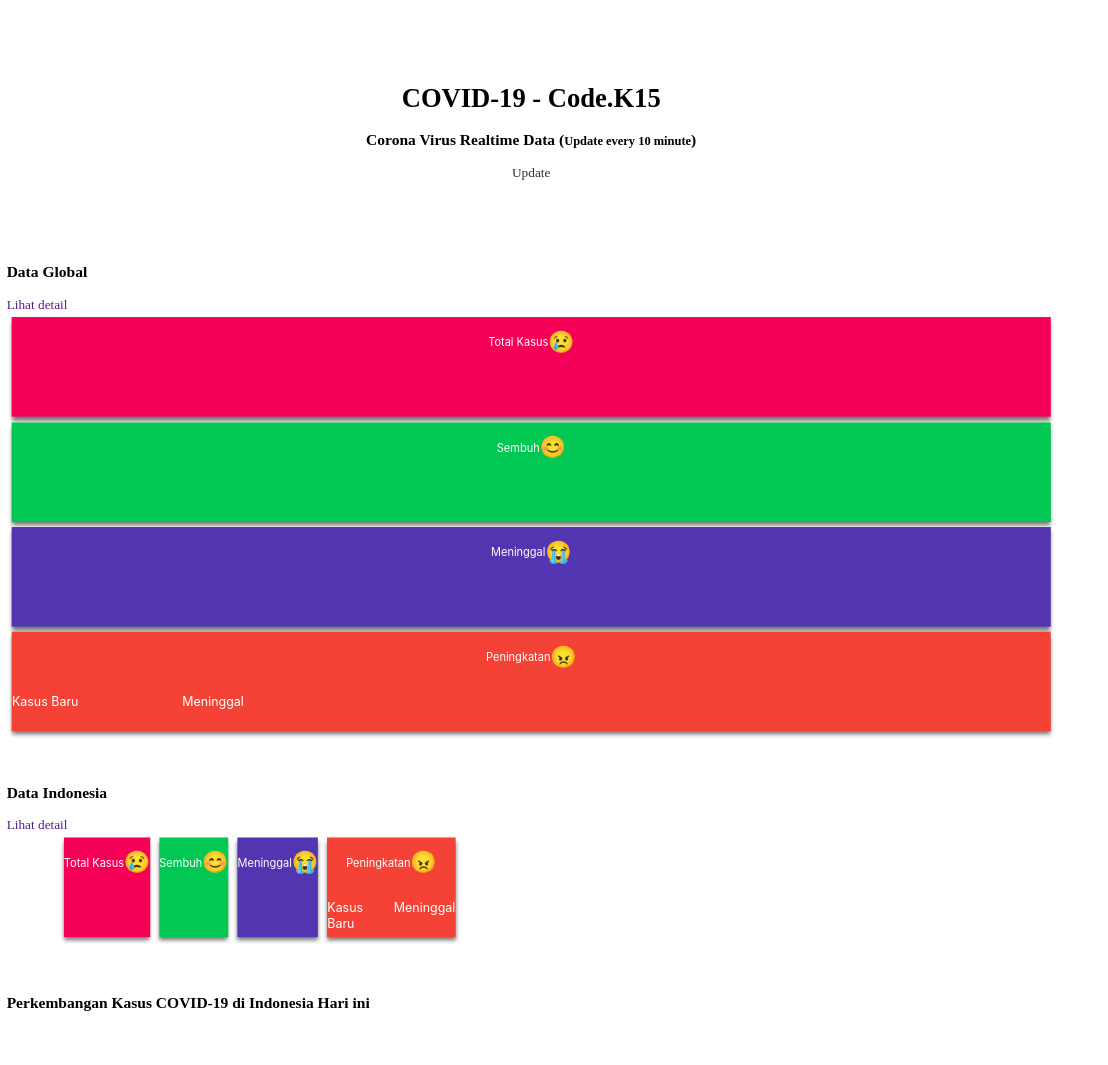
Repository: fathur15/covid19-monitoring
Page: http://localhost/covid19/apps/views/data/main/dashboard.php
An editor plug-in stored every save of this project. The page is shown before and after a run of saves, followed by the edit.
The browser window is 1280 px wide. The page is 1280 px wide, then 1335 px, then 1280 px, so the pictures cover 1335 px, including what lies to the right of the window. The pictures show the whole page, at 83% of full size.
The page is run by PHP 8.4 with error messages shown; the project is at /var/www/html/.

Above is the page before, as saved 2020-04-14 13:50:19.

After the next 2 saves:
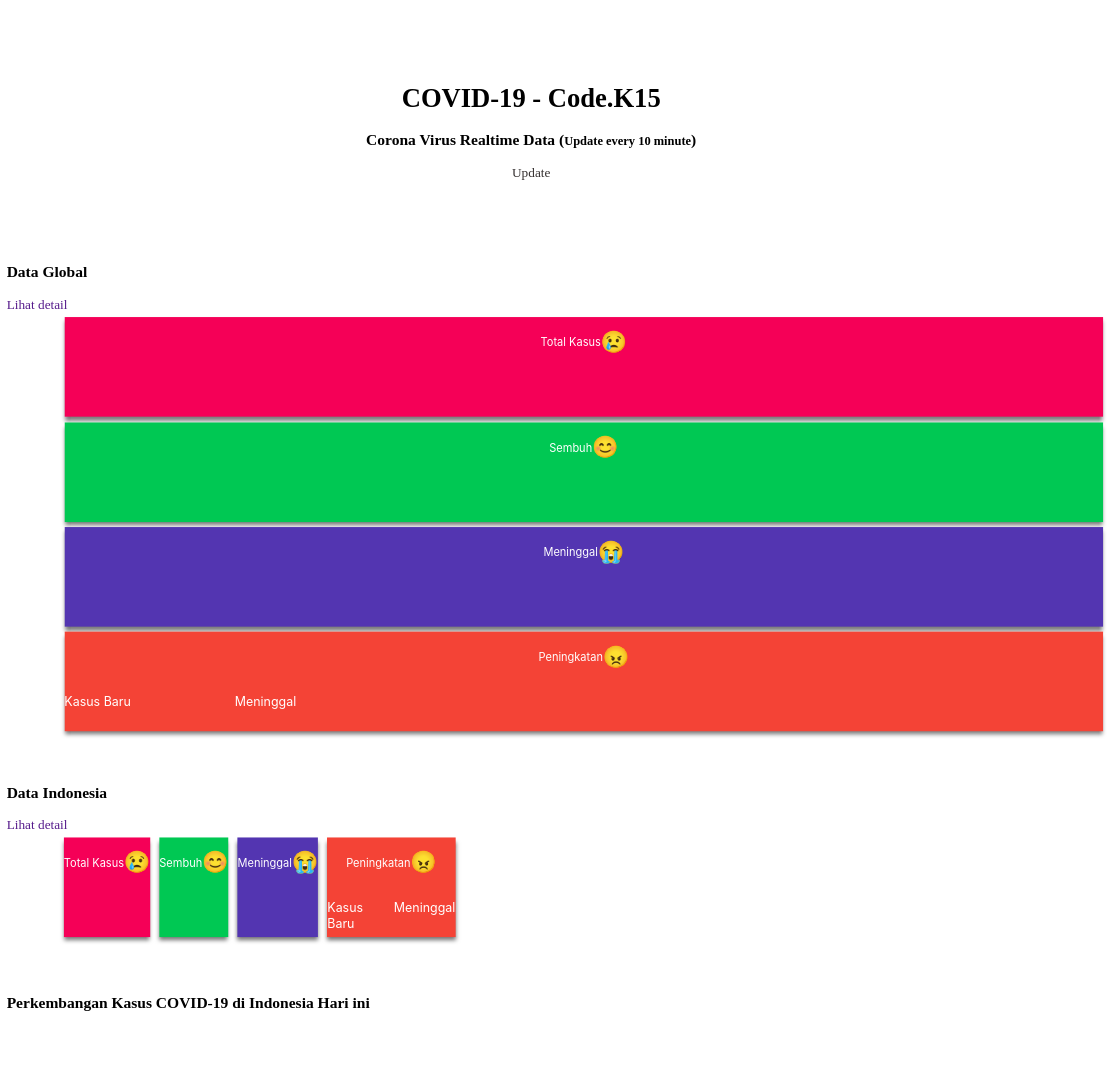
The 2 saves are shown as one change because they came seconds apart.
The last was saved 20 s later.
--- a/apps/views/data/main/dashboard.php
+++ b/apps/views/data/main/dashboard.php
@@ -44,7 +44,7 @@
                     <h3>Data Global</h3>
                     <a style="text-decoration: none" href="">Lihat detail  <i class="fas fa-long-arrow-alt-right" aria-hidden="true"></i></a>
                 </div>
-                <div  id="resumeGlobal" class="" style="width: 100%;" >
+                <div  id="resumeGlobal" class="" style="width: 100%; margin: 0 5%;" >
                     <div class="row">
                         <div class="card col-sm-3 shadow-box" style="background: #f50057; margin: 0.5%; align-items: center; height: 120px ">
                             <div class="card-body">

After the save that followed:
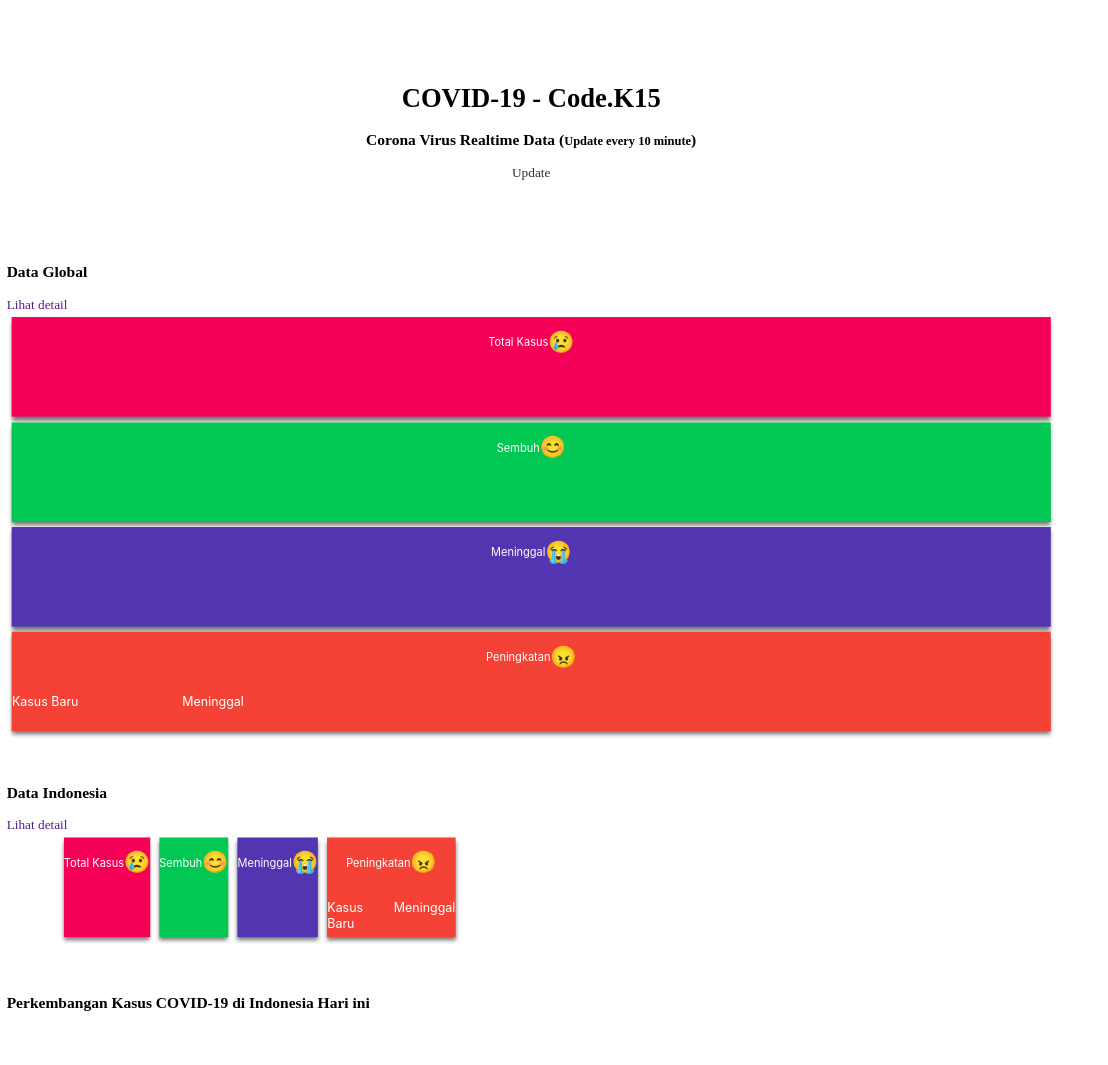
Saved 13 s later.
--- a/apps/views/data/main/dashboard.php
+++ b/apps/views/data/main/dashboard.php
@@ -44,7 +44,7 @@
                     <h3>Data Global</h3>
                     <a style="text-decoration: none" href="">Lihat detail  <i class="fas fa-long-arrow-alt-right" aria-hidden="true"></i></a>
                 </div>
-                <div  id="resumeGlobal" class="" style="width: 100%; margin: 0 5%;" >
+                <div  id="resumeGlobal" class="" style="width: 100%;" >
                     <div class="row">
                         <div class="card col-sm-3 shadow-box" style="background: #f50057; margin: 0.5%; align-items: center; height: 120px ">
                             <div class="card-body">
